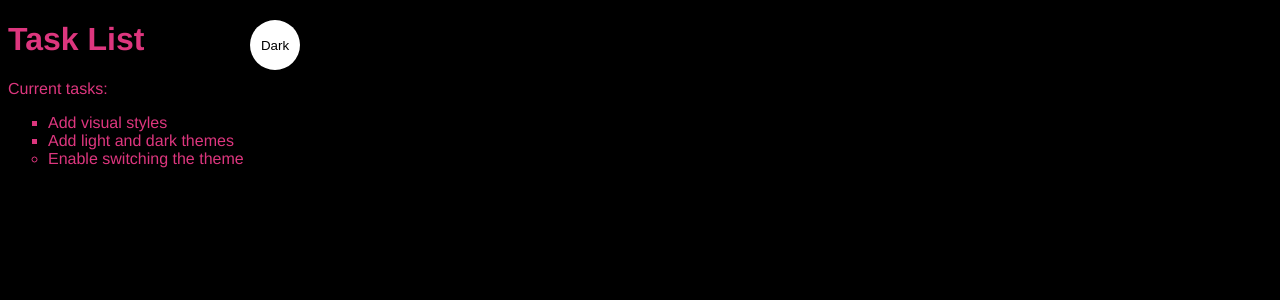
Repository: MaggieMengXingchen/Class-4
Page: index.html
The author's editor kept a copy of each file at every save. The page is drawn from the files as they stood at one save, then again after a run of saves.
The browser window is 1280 px wide. The pictures show the whole page.

Above is the page before, as saved 2024-02-20 15:11:10.

After the next 2 saves:
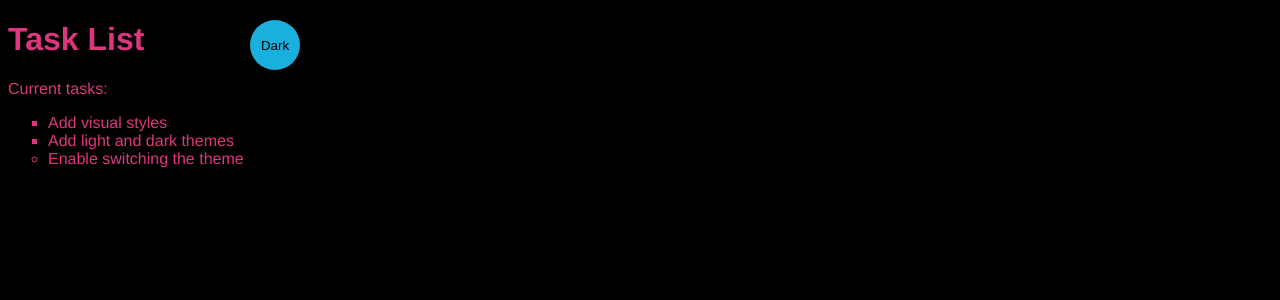
The 2 saves are shown as one change because they came seconds apart.
The last was saved 7 s later.
--- a/main.css
+++ b/main.css
@@ -1,6 +1,6 @@
 :root {
     --green: #dd367e; /* 定义绿色变量，颜色代码为#00FF00 */
-    --white: #FFFFFF; /* 定义白色变量，颜色代码为#FFFFFF */
+    --white: #1ab0de; /* 定义白色变量，颜色代码为#FFFFFF */
     --black: #000000; /* 定义黑色变量，颜色代码为#000000 */
 }
 body {
